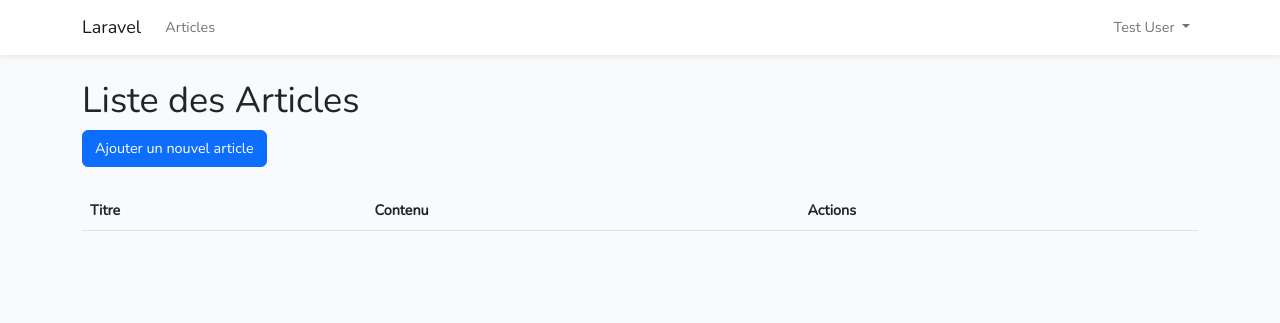
Repository: nihad-benaziz/gestion-des-articles-laravel-
Page: http://localhost/articles
The author's editor kept a copy of each file at every save. The page is drawn from the files as they stood at one save, then again after a run of saves.
The browser window is 1280 px wide. The pictures show the whole page.
The page is served by the project's Laravel application, run on PHP 8.4 with Laravel 12. A made-up administrator, Test User (test@example.com), is signed in. Style sheets and scripts are compiled from the project's sources, by tool versions that may differ from the author's. Queries for data that is not in the repository find no rows.

Above is the page before, as saved 2024-11-08 20:47:39.

After the next 2 saves:
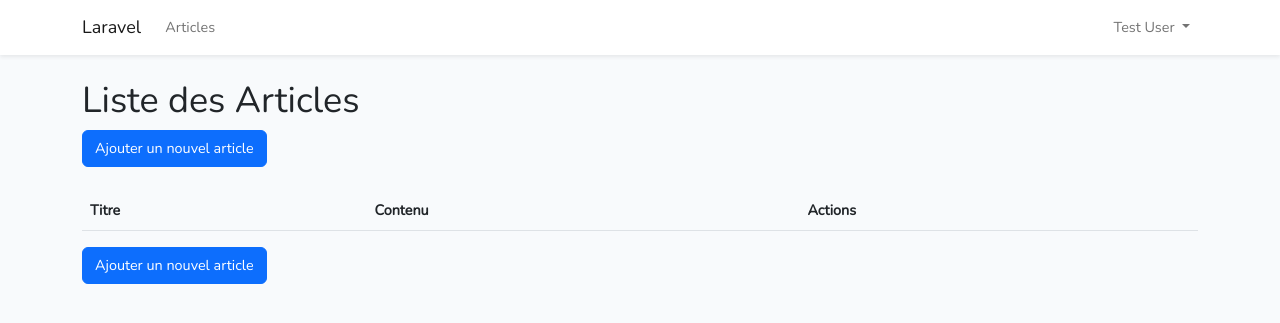
The 2 saves are shown as one change because they came seconds apart.
The last was saved 68 s later.
--- a/resources/views/articles/index.blade.php
+++ b/resources/views/articles/index.blade.php
@@ -36,5 +36,8 @@
             @endforeach
         </tbody>
     </table>
+    <div class="mb-4">
+        <a href="{{ route('articles.create') }}" class="btn btn-primary">Ajouter un nouvel article</a>
+    </div>
 </div>
 @endsection
